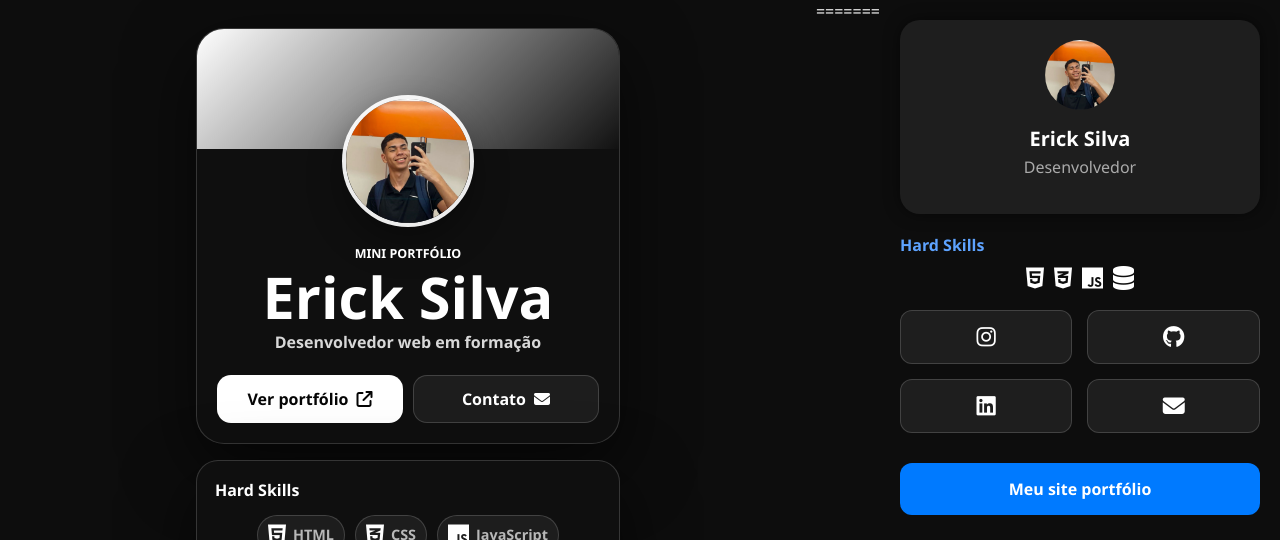
Repository: Erickaocode/Mini-Portfolio
Page: index.html
An editor plug-in stored every save of this project. The page is shown before and after the next save, followed by the edit.
The browser window is 1280 px wide. The pictures show the part of the page from y = 0 to 540 px (the page is 1261 px tall).
Pictures or frames that could not be fetched are drawn as grey boxes.

Above is the page before, as saved 2026-05-07 03:14:14.

### index.html

<!DOCTYPE html>
<html lang="pt-BR">
<head>
  <meta charset="UTF-8" />
  <meta name="viewport" content="width=device-width, initial-scale=1.0" />
  <meta name="description" content="Mini portfólio de Erick Silva, desenvolvedor web." />
  <title>Erick Silva | Desenvolvedor</title>
  <link rel="preconnect" href="https://cdnjs.cloudflare.com" />
  <link rel="stylesheet" href="https://cdnjs.cloudflare.com/ajax/libs/font-awesome/6.5.0/css/all.min.css" />
  <link rel="stylesheet" href="styles.css" />
</head>
<body>
  <main class="page-shell">
    <section class="profile-panel" aria-label="Apresentação">
      <div class="profile-media">
        <img src="Img/Erickao img.png" alt="Foto de Erick Silva sorrindo" />
      </div>

      <div class="profile-copy">
        <p class="eyebrow">Mini portfólio</p>
        <h1>Erick Silva</h1>
        <p class="role">Desenvolvedor web em formação</p>
      </div>

      <div class="actions" aria-label="Links principais">
        <a class="primary-action" href="https://erickaocode.github.io/Portfolio/" target="_blank" rel="noopener noreferrer">
          Ver portfólio
          <i class="fa-solid fa-arrow-up-right-from-square" aria-hidden="true"></i>
        </a>
        <a class="secondary-action" href="mailto:ericksilva112017@gmail.com">
          Contato
          <i class="fa-solid fa-envelope" aria-hidden="true"></i>
        </a>
      </div>
    </section>

    <section class="content-grid" aria-label="Informações do perfil">
      <div class="info-block">
        <h2>Hard Skills</h2>
        <div class="skills" aria-label="Tecnologias">
          <span><i class="fa-brands fa-html5" aria-hidden="true"></i> HTML</span>
          <span><i class="fa-brands fa-css3-alt" aria-hidden="true"></i> CSS</span>
          <span><i class="fa-brands fa-js" aria-hidden="true"></i> JavaScript</span>
          <span><i class="fa-brands fa-php" aria-hidden="true"></i> PHP</span>
          <span><i class="fa-brands fa-react" aria-hidden="true"></i> React</span>
          <span><i class="fa-brands fa-linux" aria-hidden="true"></i> Linux</span>
          <span><i class="fa-solid fa-database" aria-hidden="true"></i> MySQL</span>
          <span><i class="fa-solid fa-code" aria-hidden="true"></i> Linguagem C</span>
          <span><i class="fa-solid fa-code" aria-hidden="true"></i> C++</span>
          <span><i class="fa-solid fa-code" aria-hidden="true"></i> C#</span>
        </div>
      </div>

      <div class="info-block">
        <h2>Redes</h2>
        <div class="socials">
          <a href="https://www.instagram.com/_erickz77_/" target="_blank" rel="noopener noreferrer" aria-label="Instagram">
            <i class="fa-brands fa-instagram" aria-hidden="true"></i>
          </a>
          <a href="https://github.com/Erickaocode/" target="_blank" rel="noopener noreferrer" aria-label="GitHub">
            <i class="fa-brands fa-github" aria-hidden="true"></i>
          </a>
          <a href="https://www.linkedin.com/in/erick-silva-8579002b0/" target="_blank" rel="noopener noreferrer" aria-label="LinkedIn">
            <i class="fa-brands fa-linkedin-in" aria-hidden="true"></i>
          </a>
          <a href="mailto:ericksilva112017@gmail.com" aria-label="E-mail">
            <i class="fa-solid fa-envelope" aria-hidden="true"></i>
          </a>
        </div>
      </div>
    </section>

    <section class="music-panel" aria-label="Música favorita">
      <div>
        <p class="eyebrow">No fone</p>
        <h2>Trilha do momento</h2>
      </div>
      <iframe
        title="Player do Spotify"
        src="https://open.spotify.com/embed/track/0Cl1ksRoviWxYINHz0DBiQ?utm_source=generator"
        width="100%"
        height="152"
        allow="autoplay; clipboard-write; encrypted-media; fullscreen; picture-in-picture"
        loading="lazy">
      </iframe>
    </section>
  </main>
</body>
</html>
=======
<!DOCTYPE html>
<html lang="pt-BR">
<head>
  <meta charset="UTF-8" />
  <meta name="viewport" content="width=device-width, initial-scale=1.0" />
  <title>Mini Portfólio - Erick Silva</title>
  <link rel="stylesheet" href="https://cdnjs.cloudflare.com/ajax/libs/font-awesome/6.5.0/css/all.min.css"/>
  <style>
    body {
      margin: 0;
      font-family: 'Segoe UI', sans-serif;
      background: #0d0d0d;
      color: white;
      display: flex;
      justify-content: center;
    }
    .container {
      width: 100%;
      max-width: 400px;
      padding: 20px;
    }
    .profile-card {
      background: #1e1e1e;
      border-radius: 20px;
      padding: 20px;
      text-align: center;
      box-shadow: 0 0 15px rgba(0,0,0,0.5);
    }
    .profile-card img {
      width: 70px;
      height: 70px;
      border-radius: 50%;
      object-fit: cover;
      margin-bottom: 10px;
    }
    .profile-card h2 {
      margin: 0;
      font-size: 20px;
    }
    .profile-card p {
      color: #aaa;
      margin-top: 4px;
    }
    .section-title {
      color: #5ea3ff;
      font-weight: bold;
      margin-top: 20px;
    }
    .skills {
      display: flex;
      justify-content: center;
      gap: 10px;
      margin-top: 10px;
    }
    .skills i {
      font-size: 24px;
    }
    .socials {
      display: grid;
      grid-template-columns: repeat(2, 1fr);
      gap: 15px;
      margin-top: 20px;
    }
    .socials a {
      background: #1e1e1e;
      padding: 15px;
      border-radius: 12px;
      text-align: center;
      color: white;
      font-size: 22px;
      transition: 0.3s;
    }
    .socials a:hover {
      background: #5ea3ff;
    }
    .portfolio-btn {
      display: block;
      text-align: center;
      margin-top: 30px;
      background: #007aff;
      color: white;
      padding: 15px;
      border-radius: 12px;
      font-weight: bold;
      text-decoration: none;
    }
    iframe {
      margin-top: 25px;
      border-radius: 12px;
      border: none;
    }
  </style>
</head>
<body>
  <div class="container">
    <div class="profile-card">
      <img src="Img/Erickao img.png" alt="Foto de perfil">
      <h2>Erick Silva</h2>
      <p>Desenvolvedor </p>
    </div>

    <div class="section-title">Hard Skills</div>
    <div class="skills">
      <i class="fa-brands fa-html5" title="HTML"></i>
      <i class="fa-brands fa-css3-alt" title="CSS"></i>
      <i class="fa-brands fa-js" title="JavaScript"></i>
      <i class="fa-solid fa-database" title="SQL"></i>
    </div>

    <div class="socials">
      <a href="https://www.instagram.com/_erickz77_/" target="_blank"><i class="fab fa-instagram"></i></a>
      <a href="https://github.com/Erickaocode/" target="_blank"><i class="fab fa-github"></i></a>
      <a href="https://www.linkedin.com/in/erick-silva-8579002b0/" target="_blank"><i class="fab fa-linkedin"></i></a>
      <a href="mailto:ericksilva112017@gmail.com"><i class="fa-solid fa-envelope"></i></a>
    </div>

    <a href="https://erickaocode.github.io/Portfolio/" class="portfolio-btn">Meu site portfólio</a>

    <!-- Spotify Embed -->
    <iframe style="border-radius:12px" src="https://open.spotify.com/embed/track/6MH2UdjbDRXLmOcnSJAJuE?utm_source=generator" width="100%" height="352" frameBorder="0" allowfullscreen="" allow="autoplay; clipboard-write; encrypted-media; fullscreen; picture-in-picture" loading="lazy"></iframe>
  </div>
</body>
</html>

### styles.css
:root {
  color-scheme: dark;
  --bg: #050505;
  --panel: rgba(17, 17, 17, 0.88);
  --panel-strong: #0d0d0d;
  --line: rgba(255, 255, 255, 0.16);
  --text: #f7f7f7;
  --muted: #b8b8b8;
  --accent: #ffffff;
  --accent-strong: #d8d8d8;
  --shadow: 0 24px 70px rgba(0, 0, 0, 0.58);
}

* {
  box-sizing: border-box;
}

body {
  min-height: 100vh;
  margin: 0;
  font-family: "Segoe UI", Arial, sans-serif;
  color: var(--text);
  background:
    radial-gradient(circle at top left, rgba(255, 255, 255, 0.11), transparent 28rem),
    radial-gradient(circle at bottom right, rgba(255, 255, 255, 0.08), transparent 30rem),
    var(--bg);
}

a {
  color: inherit;
  text-decoration: none;
}

.page-shell {
  width: min(100%, 460px);
  min-height: 100vh;
  margin: 0 auto;
  padding: 28px 18px;
  display: grid;
  align-content: center;
  gap: 16px;
}

.profile-panel,
.info-block,
.music-panel {
  border: 1px solid var(--line);
  background: var(--panel);
  box-shadow: var(--shadow);
  backdrop-filter: blur(18px);
}

.profile-panel {
  position: relative;
  overflow: hidden;
  border-radius: 28px;
  padding: 20px;
}

.profile-panel::before {
  content: "";
  position: absolute;
  inset: 0;
  height: 120px;
  background: linear-gradient(135deg, #ffffff, #8b8b8b 48%, #111111);
  pointer-events: none;
}

.profile-media {
  position: relative;
  width: 132px;
  height: 132px;
  margin: 46px auto 18px;
  border: 4px solid rgba(255, 255, 255, 0.92);
  border-radius: 50%;
  overflow: hidden;
  box-shadow: 0 16px 34px rgba(0, 0, 0, 0.35);
}

.profile-media img {
  width: 100%;
  height: 100%;
  display: block;
  object-fit: cover;
}

.profile-copy {
  position: relative;
  text-align: center;
}

.eyebrow {
  margin: 0 0 8px;
  color: var(--accent);
  font-size: 0.78rem;
  font-weight: 800;
  letter-spacing: 0;
  text-transform: uppercase;
}

h1,
h2,
p {
  margin-top: 0;
}

h1 {
  margin-bottom: 6px;
  font-size: clamp(2.1rem, 12vw, 3.6rem);
  line-height: 0.95;
}

h2 {
  margin-bottom: 14px;
  font-size: 1rem;
}

.role {
  margin-bottom: 12px;
  color: var(--accent-strong);
  font-weight: 700;
}

.bio {
  max-width: 34ch;
  margin: 0 auto;
  color: var(--muted);
  line-height: 1.55;
}

.actions {
  position: relative;
  display: grid;
  grid-template-columns: 1fr 1fr;
  gap: 10px;
  margin-top: 22px;
}

.primary-action,
.secondary-action,
.socials a {
  min-height: 48px;
  display: inline-flex;
  align-items: center;
  justify-content: center;
  gap: 8px;
  border-radius: 14px;
  font-weight: 800;
  transition: transform 180ms ease, border-color 180ms ease, background 180ms ease;
}

.primary-action {
  background: #ffffff;
  color: #050505;
}

.secondary-action,
.socials a {
  border: 1px solid var(--line);
  background: rgba(255, 255, 255, 0.06);
}

.primary-action:hover,
.secondary-action:hover,
.socials a:hover {
  transform: translateY(-2px);
}

.secondary-action:hover,
.socials a:hover {
  border-color: rgba(255, 255, 255, 0.68);
  background: rgba(255, 255, 255, 0.12);
}

.content-grid {
  display: grid;
  grid-template-columns: 1fr;
  gap: 16px;
}

.info-block,
.music-panel {
  border-radius: 22px;
  padding: 18px;
}

.skills {
  display: flex;
  flex-wrap: wrap;
  gap: 10px;
}

.skills span {
  display: inline-flex;
  align-items: center;
  gap: 7px;
  min-height: 34px;
  padding: 7px 10px;
  border: 1px solid var(--line);
  border-radius: 999px;
  background: rgba(255, 255, 255, 0.06);
  color: var(--muted);
  font-size: 0.9rem;
  font-weight: 700;
}

.skills i {
  color: var(--accent);
}

.socials {
  display: grid;
  grid-template-columns: repeat(4, minmax(0, 1fr));
  gap: 10px;
}

.socials a {
  font-size: 1.25rem;
}

.music-panel {
  display: grid;
  gap: 12px;
}

.music-panel h2 {
  margin-bottom: 0;
}

iframe {
  display: block;
  border: 0;
  border-radius: 16px;
}

@media (max-width: 420px) {
  .page-shell {
    padding: 18px 12px;
  }

  .content-grid,
  .actions {
    grid-template-columns: 1fr;
  }

  .socials {
    grid-template-columns: repeat(2, minmax(0, 1fr));
  }

  .profile-panel {
    border-radius: 22px;
  }
}

After the next save:
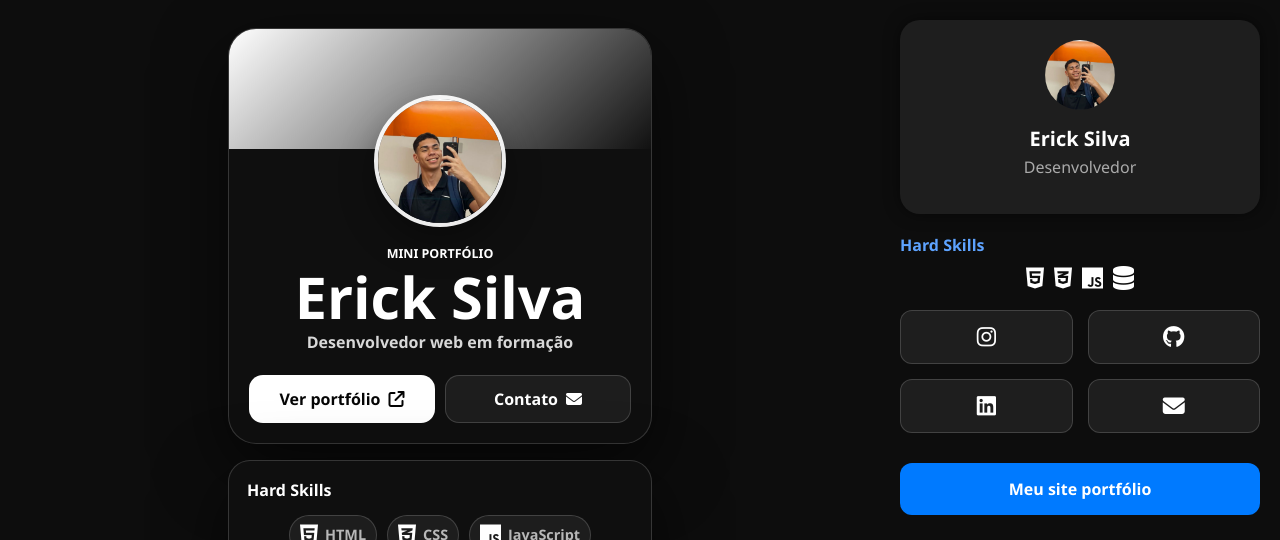
Saved 7 s later.
--- a/index.html
+++ b/index.html
@@ -88,7 +88,7 @@
   </main>
 </body>
 </html>
-=======
+
 <!DOCTYPE html>
 <html lang="pt-BR">
 <head>
